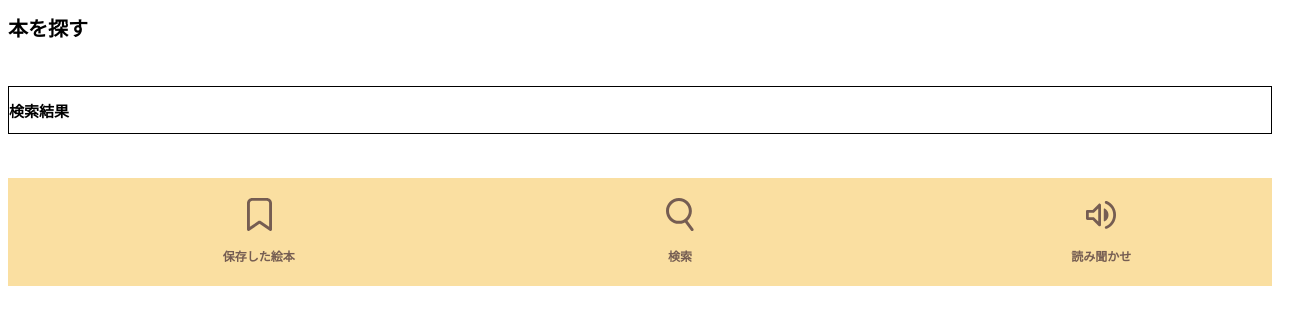
Repository: kmii12/2024-teampj
Page: /result
An editor plug-in stored every save of this project. The page is shown before and after the next save, followed by the edit.
The browser window is 1280 px wide. The page is 1312 px wide, so the pictures cover 1312 px, including what lies to the right of the window. The pictures show the whole page.
Some web fonts or font styles are not loaded; a fallback is used. The project was rebuilt for these pictures with package versions that can differ from the ones it lists, and the page was loaded fresh each time. The framework's server and built-in components were replaced by stand-ins that run in the browser. Also part of the build but not shown: next.config.mjs.

Above is the page before, as saved 2024-10-23 09:44:50.

After the next save:
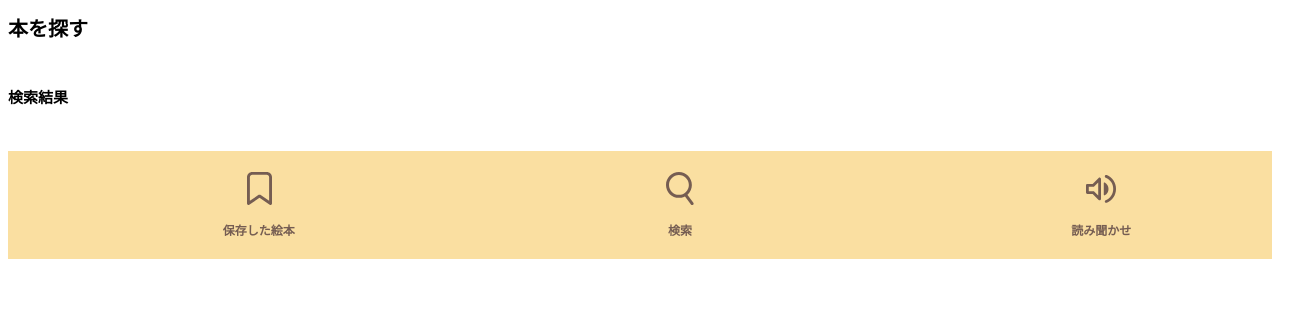
Saved 10 s later.
--- a/src/app/result/Result.module.scss
+++ b/src/app/result/Result.module.scss
@@ -2,5 +2,5 @@
 
 .resultContainer {
   margin: 44px 0; //resultPage全ての上下の余白
-  border: 1px solid #000;
+  // border: 1px solid #000;
 }
